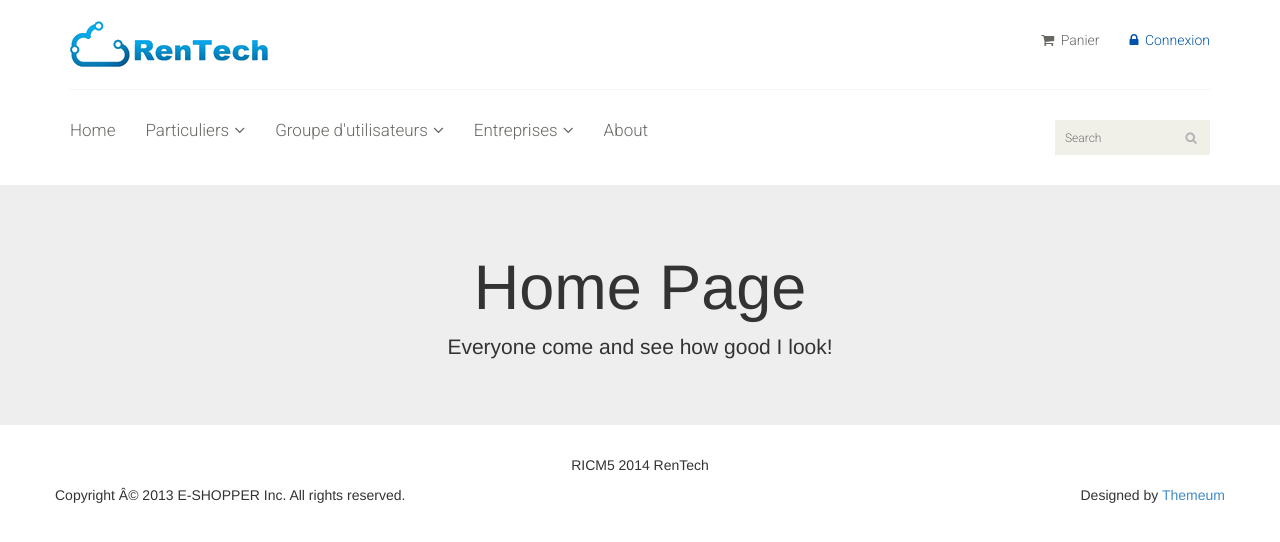
Repository: PaulLabat/RenTech
Page: http://localhost/RenTech/
An editor plug-in stored every save of this project. The page is shown before and after the next save, followed by the edit.
The browser window is 1280 px wide. The pictures show the whole page.
The page is served by Tomcat 9. Other server files are loaded and not shown.

Above is the page before, as saved 2014-10-29 09:22:54.

### RenTech/WebContent/index.jsp
<!DOCTYPE html>
<!-- define angular app -->
<html ng-app="scotchApp">

<head>
	  <meta charset="UTF-8" />

	  <!-- SCROLLS -->
	  <link rel="stylesheet" href="css/bootstrap.min.css" />
	  <link rel="stylesheet" href="css/font-awesome.min.css">
	  <link rel="stylesheet" href="css/animate.css">

	  <link rel="stylesheet" href="css/header.css" />
	  <link rel="stylesheet" href="css/login.css" />
	  <link rel="stylesheet" href="css/menus.css" />
	  <link rel="stylesheet" href="css/panier.css" />

	  <!-- SPELLS -->
	  <script src="js/angular.min.js"></script>
	  <script src="js/angular-route.js"></script>
	  <script src="js/script.js"></script>

	  <title>RenTech</title>
</head>

<!-- HEADER AND NAVBAR -->
<body ng-controller="mainController">

	<header id="header"><!--header-->
		<div class="header-middle"><!--header-middle-->
				<div class="container">
					<div class="row">
						<div class="col-sm-4">
							<div class="logo pull-left">
								<a href="#"><img src="img/logo-small.png" alt="" /></a>
							</div>
						</div>

						<div class="col-sm-8">
							<div class="shop-menu pull-right">
								<ul class="nav navbar-nav">
									<li><a href="#panier"><i class="fa fa-shopping-cart"></i> Panier</a></li>
									<li><a href="#login" class="active"><i class="fa fa-lock"></i> Connexion</a></li>
								</ul>
							</div>
						</div>
					</div>
				</div>
			</div><!--/header-middle-->

		<div class="header-bottom"><!--header-bottom-->
			<div class="container">
				<div class="row">
					<div class="col-sm-9">
						<div class="mainmenu pull-left">
							<ul class="nav navbar-nav collapse navbar-collapse">
								<li><a href="#">Home</a></li>
								<li class="dropdown"><a href="#">Particuliers<i class="fa fa-angle-down"></i></a>
                                    <ul role="menu" class="sub-menu">
                                        <li><a href="#categ">Section 1</a></li>
										<li><a href="#categ">Section 2</a></li>
										<li><a href="#categ">Section 3</a></li>
                                    </ul>
                                </li>
								<li class="dropdown"><a href="#">Groupe d'utilisateurs<i class="fa fa-angle-down"></i></a>
                                    <ul role="menu" class="sub-menu">
                                        <li><a href="#categ">Section 1</a></li>
										<li><a href="#categ">Section 2</a></li>
										<li><a href="#categ">Section 3</a></li>
                                    </ul>
                                </li>
								<li class="dropdown"><a href="#">Entreprises<i class="fa fa-angle-down"></i></a>
                                    <ul role="menu" class="sub-menu">
                                        <li><a href="#categ">Section 1</a></li>
										<li><a href="#categ">Section 2</a></li>
										<li><a href="#categ">Section 3</a></li>
                                    </ul>
                                </li>
								<li><a href="#about">About</a></li>
							</ul>
						</div>
					</div>
					<div class="col-sm-3">
						<div class="search_box pull-right">
							<input type="text" placeholder="Search"/>
						</div>
					</div>
				</div>
			</div>
		</div><!--/header-bottom-->
	</header><!--/header-->

  <!-- MAIN CONTENT AND INJECTED VIEWS -->
  <div id="main">

    <!-- angular templating -->
		<!-- this is where content will be injected -->
    <div ng-view></div>

  </div>

  <footer class="text-center">
    <p>RICM5 2014 RenTech</p>
  </footer>
  		<div class="footer-bottom">
			<div class="container">
				<div class="row">
					<p class="pull-left">Copyright © 2013 E-SHOPPER Inc. All rights reserved.</p>
					<p class="pull-right">Designed by <span><a target="_blank" href="http://www.themeum.com">Themeum</a></span></p>
				</div>
			</div>
		</div>
</body>

</html>

### RenTech/WebContent/css/header.css
/*************************
*******Header CSS******
**************************/
@import url(http://fonts.googleapis.com/css?family=Roboto:400,300,400italic,500,700,100);

.header_top {
  background: none repeat scroll 0 0 #F0F0E9;
}


.header-middle .container .row {
  border-bottom: 1px solid #f5f5f5;
  margin-left: 0;
  margin-right: 0;
  padding-bottom: 20px;
  padding-top: 20px;
}

.header-middle .container .row .col-sm-4{
  padding-left: 0;
}

.header-middle .container .row .col-sm-8 {
	padding-right:0;
}

.usa {
  border-radius: 0;
  color: #B4B1AB;
  font-size: 12px;
  margin-right: 20px;
  padding: 2px 15px;
  margin-top: 10px;
}

.usa:hover {
	background:#0055AA;
	color:#fff;
	border-color:#FE980F;
}

.usa:active, .usa.active {
  background: none repeat scroll 0 0 #FE980F;
  box-shadow: inherit;
  outline: 0 none;
}

.btn-group.open .dropdown-toggle {
  background: rgba(0, 0, 0, 0);
  box-shadow: none;
}

.dropdown-menu  li  a:hover, .dropdown-menu  li  a:focus {
  background-color: #0055AA;
  color: #FFFFFF;
  font-family: 'Roboto', sans-serif;
  text-decoration: none;
}


.shop-menu ul li {
	display:inline-block;
  padding-left: 15px;
  padding-right: 15px;
}

.shop-menu ul li:last-child {
  padding-right: 0;
}


.shop-menu ul li a {
  background: #FFFFFF;
  color: #696763;
  font-family: 'Roboto', sans-serif;
  font-size: 14px;
  font-weight: 300;
  padding:0;
  padding-right: 0;
  margin-top: 10px;
}


.shop-menu ul li a i{
	margin-right:3px;
}


.shop-menu ul li a:hover {
	color:#0055AA;
	background:#fff;
}


.header-bottom {
  padding-bottom: 30px;
  padding-top: 30px;
}

.navbar-collapse.collapse{
  padding-left: 0;
}

.mainmenu ul li{
  padding-right: 15px;
  padding-left: 15px;
}

.mainmenu ul li:first-child{
  padding-left: 0px;
}

.mainmenu ul li a {
	color: #696763;
	font-family: 'Roboto', sans-serif;
	font-size: 17px;
	font-weight: 300;
	padding: 0;
	padding-bottom: 10px;
}

.mainmenu ul li a:hover, .mainmenu ul li a.active,  .shop-menu ul li a.active{
	background:none;
	color:#0055AA;
}

.search_box input {
  background: #F0F0E9;
  border: medium none;
  color: #B2B2B2;
  font-family: 'roboto';
  font-size: 12px;
  font-weight: 300;
  height: 35px;
  outline: medium none;
  padding-left: 10px;
  width: 155px;
  background-image: url(../img/searchicon.png);
  background-repeat: no-repeat;
  background-position: 130px;
}

### RenTech/WebContent/css/login.css
/*************************
*******login page CSS******
**************************/

#form {
  display: block;
  margin-bottom: 185px;
  margin-top: 185px;
  overflow: hidden;
}

.login-form h2, .signup-form h2 {
  color: #696763;
  font-family: 'Roboto', sans-serif;
  font-size: 20px;
  font-weight: 300;
  margin-bottom: 30px;
}


.login-form form input, .signup-form form input {
  background: #F0F0E9;
  border: medium none;
  color: #696763;
  display: block;
  font-family: 'Roboto', sans-serif;
  font-size: 14px;
  font-weight: 300;
  height: 40px;
  margin-bottom: 10px;
  outline: medium none;
  padding-left: 10px;
  width: 100%;
}

.login-form form span{
  line-height: 25px;
}

.login-form form span input {
  width: 15px;
  float: left;
  height: 15px;
  margin-right: 5px;
}

.login-form form button {
  margin-top: 23px;
}

.login-form form button, .signup-form form button {
  background: #0055CC;
  border: medium none;
  border-radius: 0;
  color: #FFFFFF;
  display: block;
  font-family: 'Roboto', sans-serif;
  padding: 6px 25px;
}

.login-form label input {
  border: medium none;
  display: inline-block;
  height: 0;
  margin-bottom: 0;
  outline: medium none;
  padding-left: 0;
}

.or{
	background: #0055CC;
	border-radius: 40px;
	color: #FFFFFF;
	font-family: 'Roboto', sans-serif;
	font-size: 16px;
	height: 50px;
	line-height: 50px;
	margin-top: 75px;
	text-align: center;
	width: 50px;
}

### RenTech/WebContent/css/menus.css
/*  Dropdown menu*/

.navbar-header
.navbar-toggle .icon-bar {
    background-color: #fff;
}


.nav.navbar-nav > li:hover > ul.sub-menu{
  display: block;
  -webkit-animation: fadeInUp 400ms;
  -moz-animation: fadeInUp 400ms;
  -ms-animation: fadeInUp 400ms;
  -o-animation: fadeInUp 400ms;
  animation: fadeInUp 400ms;
}

ul.sub-menu {
	position: absolute;
	top: 30px;
	left: 0;
	background: rgba(0, 0, 0, 0.6);
	list-style: none;
	padding: 0;
	margin: 0;
	width: 220px;
	-webkit-box-shadow: 0 3px 3px rgba(0, 0, 0, 0.1);
	box-shadow: 0 3px 3px rgba(0, 0, 0, 0.1);
	display: none;
	z-index: 999;
}

.dropdown ul.sub-menu li .active{
  color: #FDB45E;
  padding-left: 0;
}


.navbar-nav li ul.sub-menu li{
  padding: 10px 20px 0 ;
}

.navbar-nav li ul.sub-menu li:last-child{
  padding-bottom: 20px;
}

.navbar-nav li ul.sub-menu li a{
  color: #fff;
}

.navbar-nav li ul.sub-menu li a:hover{
    color: #FDB45E;
}

.fa-angle-down{
  padding-left: 5px;
}

@-webkit-keyframes fadeInUp {
  0% {
    opacity: 0;
    -webkit-transform: translateY(20px);
    transform: translateY(20px);
  }

  100% {
    opacity: 1;
    -webkit-transform: translateY(0);
    transform: translateY(0);
  }
}

### RenTech/WebContent/css/panier.css
@import url(http://fonts.googleapis.com/css?family=Roboto:400,300,400italic,500,700,100);

.cart_menu td, .intern_nav ol li {
	color: #0055AA;
	font-family: 'Roboto', sans-serif;
	font-size: 17px;
	font-weight: 300;
	padding: 0;
	padding-bottom: 10px;
}

.intern_nav ol li a:hover, .intern_nav ol li a.active {
	background:none;
	color:#0055AA;
}

.cross a {
  background:#F0F0E9;
  color: #FFFFFF;
  padding: 5px 7px;
  font-size: 16px
}

.cross a:hover {
  background:#0055AA
}

### RenTech/WebContent/js/script.js
	// create the module and name it scotchApp
    // also include ngRoute for all our routing needs
	var scotchApp = angular.module('scotchApp', ['ngRoute']);

	// configure our routes
	scotchApp.config(function($routeProvider) {
		$routeProvider

			.when('/', {
				templateUrl : 'views/home.jsp',
				controller  : 'mainController'
			})

			.when('/about', {
				templateUrl : 'views/about.jsp',
				controller  : 'aboutController'
			})

			.when('/categ', {
				templateUrl : 'views/categ.jsp',
				controller  : 'categController'
			})

			.when('/login', {
				templateUrl : 'views/login.jsp',
			})

			.when('/panier', {
				templateUrl : 'views/panier.jsp',
			});
	});

	// create the controller and inject Angular's $scope
	scotchApp.controller('mainController', function($scope) {
		// create a message to display in our view
		$scope.message = 'Everyone come and see how good I look!';
	});

	scotchApp.controller('aboutController', function($scope) {
		$scope.message = 'Look! I am an about page.';
	});

	scotchApp.controller('categController', function($scope) {
		$scope.message = 'Hey! This is a section!';
	});

	scotchApp.controller('panierController', function($scope) {
		$scope.message = 'Hey! This is a section!';
	});

### RenTech/WebContent/views/home.jsp
<div class="jumbotron text-center">
	<h1>Home Page</h1>

	<p>{{ message }}</p>
</div>

<!--  INSERER LES APERCUS DES PRODUITS DES DIFFERENTES CATEGORIES ICI -->

Loaded but not shown: RenTech/WebContent/css/bootstrap.min.css (library); RenTech/WebContent/css/font-awesome.min.css (library); RenTech/WebContent/css/animate.css (library); RenTech/WebContent/js/angular.min.js (library); RenTech/WebContent/js/angular-route.js (924 lines, source omitted)

After the next save:
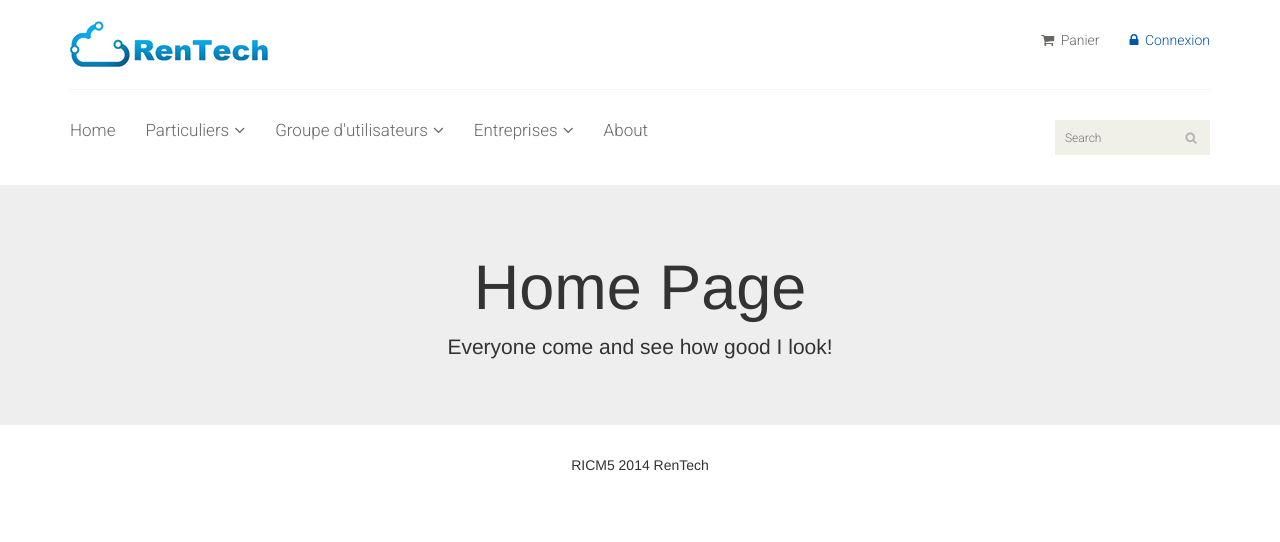
Saved 6 s later.
--- a/RenTech/WebContent/index.jsp
+++ b/RenTech/WebContent/index.jsp
@@ -101,15 +101,6 @@
 
   <footer class="text-center">
     <p>RICM5 2014 RenTech</p>
-  </footer>
-  		<div class="footer-bottom">
-			<div class="container">
-				<div class="row">
-					<p class="pull-left">Copyright © 2013 E-SHOPPER Inc. All rights reserved.</p>
-					<p class="pull-right">Designed by <span><a target="_blank" href="http://www.themeum.com">Themeum</a></span></p>
-				</div>
-			</div>
-		</div>
 </body>
 
 </html>
